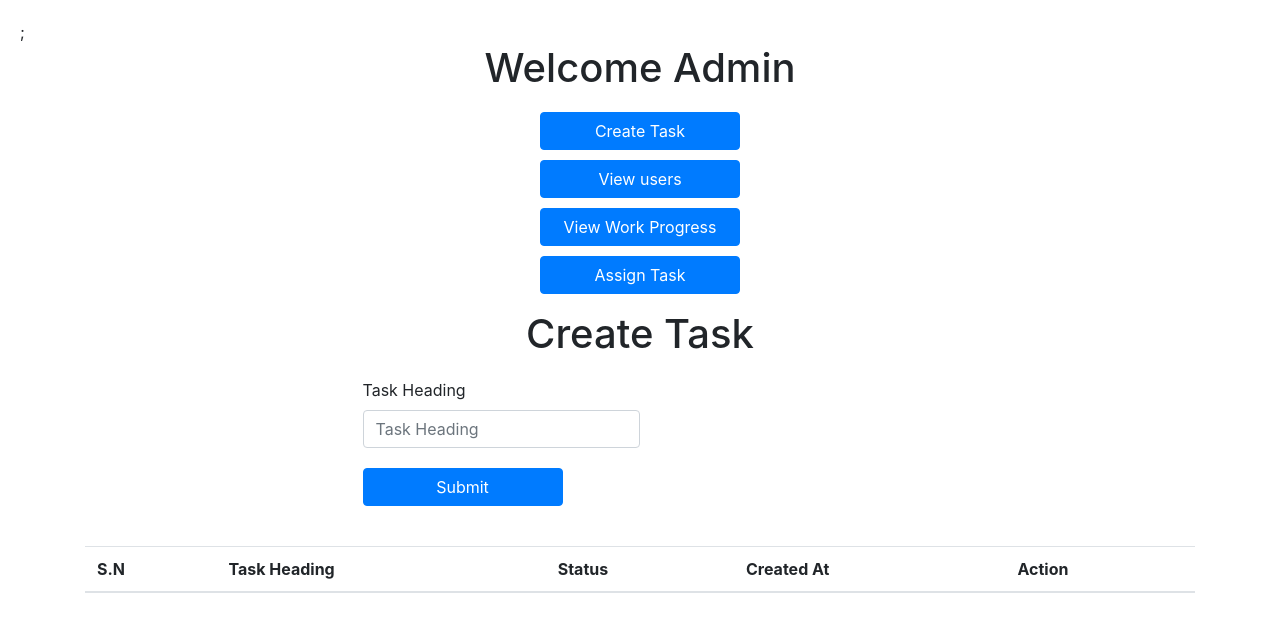
Repository: neha-rouniyar/taskmgmt
Page: http://localhost/admin/create-task
These files come from the project's save history. The page is drawn as it stood at one moment and after the next save; the edit follows.
The browser window is 1280 px wide. The pictures show the whole page.
Some web libraries are served in a nearby version. The page is served by the project's Laravel application, run on PHP 8.4 with Laravel 10. Other server files are loaded and not shown. Queries for data that is not in the repository find no rows.

Above is the page before, as saved 2023-12-16 11:54:45.

### routes/web.php
<?php

use App\Http\Controllers\AdminController;
use App\Http\Controllers\AssignTaskController;
use Illuminate\Support\Facades\Route;
use App\Http\Controllers\LoginController;
use App\Models\AssignTask;

/*
|--------------------------------------------------------------------------
| Web Routes
|--------------------------------------------------------------------------
|
| Here is where you can register web routes for your application. These
| routes are loaded by the RouteServiceProvider and all of them will
| be assigned to the "web" middleware group. Make something great!
|
*/

Route::get('/', function () {
    return view('welcome');
});
Route::get('/login-form',[LoginController::class,'index'])->name('login.form');
Route::post('/login-form-submit',[LoginController::class,'loginFormSubmit'])->name('login.form.submit');




Route::get('/register-form',[LoginController::class,'index2'])->name('register.form');
Route::post('/register-form-submit',[LoginController::class,'registerFormSubmit'])->name('register.form.submit');


//user dashboard
Route::get('/user-dashboard',[LoginController::class,'userDashboard'])->name('user.dashboard');
Route::get('/admin-dashboard',[LoginController::class,'adminDashboard'])->name('admin.dashboard');


//admin
Route::get('/admin/view-users',[AdminController::class,'viewUsers'])->name('admin.view.users');
Route::get('/admin/create-task',[AdminController::class,'createTask'])->name('admin.create.task');
Route::get('/admin/view-work-progress',[AdminController::class,'viewWorkProgress'])->name('admin.view.workprogress');

//admin-task
Route::post('/admin/task-submit',[AdminController::class,'taskSubmit'])->name('admin.task.submit');
Route::get('/admin/edit-task/{id}',[AdminController::class,'taskEdit'])->name('task.edit');
Route::post('/admin/update-task/{id}',[AdminController::class,'taskUpdate'])->name('task.update');
Route::get('/admin/delete-task/{id}',[AdminController::class,'taskDelete'])->name('task.delete');
Route::get('/admin/task-assign',[AdminController::class,'taskAssign'])->name('admin.task.assign');
Route::post('/admin/task-assign-submit',[AdminController::class,'taskAssignSubmit'])->name('admin.task.assign.submit');




//user-task
Route::get('/user-view-assgned-task',[AssignTaskController::class,'viewTaskAssigned'])->name('user.view.assigned.task');
Route::get('/verify-email/{token}',[AdminController::class,'verifyEmail'])->name('verify.email');


Route::get('/user/accept-task/{id}',[AssignTaskController::class,'acceptTask'])->name('accept.task');
Route::get('/user/reject-task/{id}',[AssignTaskController::class,'rejectTask'])->name('reject.task');
Route::get('/user/task-complete/{id}',[AssignTaskController::class,'completeTask'])->name('task.complete');

### app/Http/Controllers/AdminController.php
<?php

namespace App\Http\Controllers;

use App\Models\AssignTask;
use App\Models\EmailVerification;
use App\Models\Task;
use App\Models\User;
use Carbon\Carbon;
use Illuminate\Http\Request;

class AdminController extends Controller
{
    public function viewUsers()
    {
        $users=User::all()->where('usertype','regular');
        // dd($users);
        return view('admin.viewUsers',compact('users'));
    }
    public function createTask()
    {
        $tasks=Task::all();
        return view('admin.task.create',compact('tasks'));
    }
    public function viewWorkProgress()
    {
        return view('admin.task.workprogress');
    }
    public function taskSubmit(Request $request)
    {
        $data=$request->validate([
            'heading'=>'required'
        ]);
        $task=new Task();
        $task->task_heading=$data['heading'];
        $task->save();
        return back()->with('success','Task Created Successfully');
    }
    public function taskEdit(Request $request)
    {
        $data=Task::find($request->id);
        return view('admin.task.edit',compact('data'));
    }
    public function taskUpdate(Request $request)
    {
        $rule=$request->validate([
            'heading'=>'required'
        ]);
        $data=Task::find($request->id);
        $data->task_heading=$rule['heading'];
        $data->save();
        return redirect()->route('admin.create.task')->with('update','Task Updated Successfully');
    }
    public function taskDelete(Request $request)
    {
        $data=Task::find($request->id);
        $data->status=1;
        $data->save();
        return back()->with('delete','Task Deleted Successfully');

    }
    public function taskAssign()
    {
        $task=Task::all()->where('status',0);
        $users=User::all()->where('usertype','regular');
        return view('admin.task.assign',compact('users','task'));
    }
    public function taskAssignSubmit(Request $request)
    {
        $taskAssign=new AssignTask();
        $taskAssign->task_id=$request->task;
        $taskAssign->user_id=$request->user;
        $taskAssign->save();
        return back()->with('message','Task Assigned to user... Waiting to be verified');
    }
    public function verifyEmail(Request $request,$id)
    {
        $token=$request->token;
        $userData=User::where('token',$token)->first();
        $emailVerificationData=EmailVerification::where('token',$token)->first();
        $time=Carbon::now();
        $currentTime=$time->toDateTimeString();
        if($userData->token == $emailVerificationData->token){
            if($emailVerificationData->expiry_at > $currentTime)
            {
                $userId=$userData->id;
                $userData=User::find($userId);
                $userData->status=1;
                $userData->save();
                return redirect('/login-form')->with('msgs','Please login to continue');
            }else{
                return redirect()->route('register.form')->with('linkExpiry','Your Link to email verification failed. Please Register Again');
            }
        }
    }
    // php artisan serve --port=443 --to run in https port
}

### app/Models/Task.php
<?php

namespace App\Models;

use Illuminate\Database\Eloquent\Factories\HasFactory;
use Illuminate\Database\Eloquent\Model;

class Task extends Model
{
    use HasFactory;
    public function assignedTask()
    {
        return $this->hasMany(AssignTask::class,'task_id','id');
    }

}

### resources/views/admin/task/create.blade.php
@extends('admin.dashboard');
@section('admin-content')
<style>
  .form-group {
      margin-bottom: 20px;
  }

  .custom-select {
      width: 50%;
      box-sizing: border-box;
      border: 1px solid #ccc;
      border-radius: 4px;
      appearance: none;
      background-color: #fff;
      cursor: pointer;
  }



  .custom-select:focus + .custom-dropdown-arrow {
      transform: translateY(-50%) rotate(-45deg);
  }

  /* Style for the dropdown options */
  .custom-select option {
      padding: 10px;
  }

  /* Adjustments for centering */
  .container {
      display: flex;
      flex-direction: column;
      align-items: center;
  }

  h1 {
      margin-bottom: 20px;
  }

  form {
      width: 50%; /* Adjust the width as needed */
  }
</style>
<div class="container">
    <h1>Create Task</h1>
    @if (session('success'))
    <div class="alert alert-success alert-dismissible fade show" role="alert">
        <p style="color: rgb(11, 130, 43)8, 28, 0)">{{session('success')}}</p>
        <button type="button" class="close" data-dismiss="alert" aria-label="Close">
          <span aria-hidden="true">&times;</span>
        </button>
      </div>

    @endif
    @if (session('update'))
    <div class="alert alert-success alert-dismissible fade show" role="alert">
        <p style="color: rgb(0, 128, 30)8, 28, 0)">{{session('update')}}</p>
        <button type="button" class="close" data-dismiss="alert" aria-label="Close">
          <span aria-hidden="true">&times;</span>
        </button>
      </div>

    @endif
    @if (session('delete'))
    <div class="alert alert-success alert-dismissible fade show" role="alert">
        <p style="color: rgb(0, 128, 30)8, 28, 0)">{{session('delete')}}</p>
        <button type="button" class="close" data-dismiss="alert" aria-label="Close">
          <span aria-hidden="true">&times;</span>
        </button>
      </div>

    @endif
<form action="{{route('admin.task.submit')}}" method="POST">
    @csrf
      <div class="form-group">
        <label for="exampleInputEmail1">Task Heading</label>
        <input style="width: 50%" type="text" name="heading" class="form-control" id="exampleInputEmail1" aria-describedby="emailHelp" placeholder="Task Heading" required>
      </div>
      <button type="submit" class="btn btn-primary">Submit</button>
    </form>
    <table class="table mt-4">
        <thead>
          <tr>
            <th scope="col">S.N</th>
            <th scope="col">Task Heading</th>
            <th scope="col">Status</th>
            <th scope="col">Created At</th>
            <th scope="col">Action</th>
          </tr>
        </thead>
        <tbody>
            @php
                $i=1;
            @endphp
            @foreach ($tasks as $data )
            @if ($data->status==0)
          <tr>
            <th>{{$i++}}</th>
            <td>{{$data->task_heading}}</td>
            <td>{{$data->status}}</td>
            <td>{{$data->created_at}}</td>
            <td>
                <a href="{{route('task.edit',$data->id)}}"><button style="width: 20%" type="button" class="btn btn-primary">Edit</button></a>
                <a href="{{route('task.delete',$data->id)}}"><button style="width: 30%" type="button" class="btn btn-danger">Delete</button></a>
            </td>
          </tr>
          @endif
          @endforeach
        </tbody>
      </table>
</div>
@endsection

### resources/views/admin/dashboard.blade.php
<!doctype html>
<html lang="en">
  <head>
    <!-- Required meta tags -->
    <meta charset="utf-8">
    <meta name="viewport" content="width=device-width, initial-scale=1, shrink-to-fit=no">

    <!-- Bootstrap CSS -->
    <link rel="stylesheet" href="https://cdn.jsdelivr.net/npm/bootstrap@4.0.0/dist/css/bootstrap.min.css" integrity="sha384-Gn5384xqQ1aoWXA+058RXPxPg6fy4IWvTNh0E263XmFcJlSAwiGgFAW/dAiS6JXm" crossorigin="anonymous">
    <style>
      body {
          padding: 20px;
      }

      h1 {
          margin-bottom: 20px;
      }

      .btn-container {
          display: flex;
          flex-direction: column;
          gap: 10px;
      }

      .btn-container a {
          text-decoration: none;
      }

      .btn {
          width: 200px;
      }
  </style>
    <title>Hello, world!</title>
  </head>
  <body>
    <div class="container text-center">
        <h1>Welcome Admin</h1>
        <div class="btn-container">

                <button type="button" class="btn btn-primary" data-toggle="modal" data-target="#exampleModal">Create Task</button>
            <a href="{{route('admin.view.users')}}">
                <button type="button" class="btn btn-primary">View users</button>
            </a>
            <a href="{{route('admin.view.workprogress')}}">
                <button type="button" class="btn btn-primary">View Work Progress</button>
            </a>
            <a href="{{route('admin.task.assign')}}">
                <button type="button" class="btn btn-primary">Assign Task</button>
            </a>
        </div>
    </div>
    <form action="{{route('admin.create.task')}}" method="POST">
        @csrf
    <div class="modal fade" id="exampleModal" tabindex="-1" role="dialog" aria-labelledby="exampleModalLabel" aria-hidden="true">
        <div class="modal-dialog" role="document">
          <div class="modal-content">
            <div class="modal-header">
              <h5 class="modal-title" id="exampleModalLabel">Modal title</h5>
              <button type="button" class="close" data-dismiss="modal" aria-label="Close">
                <span aria-hidden="true">&times;</span>
              </button>
            </div>
            <div class="modal-body">
              ...
            </div>
            <div class="modal-footer">
              <button type="button" class="btn btn-secondary" data-dismiss="modal">Close</button>
              <button type="button" class="btn btn-primary">Save changes</button>
            </div>
          </div>
        </div>
      </div>
    </form>
    @yield('admin-content')
    <script src="https://code.jquery.com/jquery-3.2.1.slim.min.js" integrity="sha384-KJ3o2DKtIkvYIK3UENzmM7KCkRr/rE9/Qpg6aAZGJwFDMVNA/GpGFF93hXpG5KkN" crossorigin="anonymous"></script>
    <script src="https://cdn.jsdelivr.net/npm/popper.js@1.12.9/dist/umd/popper.min.js" integrity="sha384-ApNbgh9B+Y1QKtv3Rn7W3mgPxhU9K/ScQsAP7hUibX39j7fakFPskvXusvfa0b4Q" crossorigin="anonymous"></script>
    <script src="https://cdn.jsdelivr.net/npm/bootstrap@4.0.0/dist/js/bootstrap.min.js" integrity="sha384-JZR6Spejh4U02d8jOt6vLEHfe/JQGiRRSQQxSfFWpi1MquVdAyjUar5+76PVCmYl" crossorigin="anonymous"></script>
</body>
</html>

Loaded but not shown: app/Http/Controllers/Controller.php (common file)

After the next save:
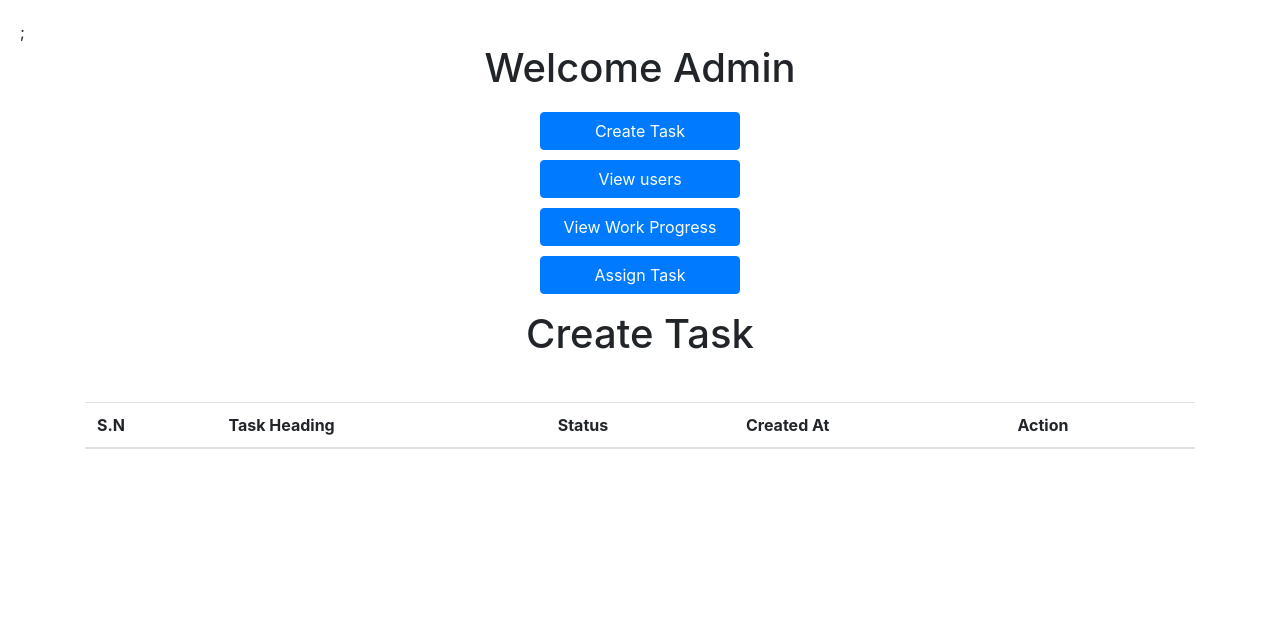
Saved 53 s later.
--- a/resources/views/admin/task/create.blade.php
+++ b/resources/views/admin/task/create.blade.php
@@ -70,14 +70,7 @@
       </div>
 
     @endif
-<form action="{{route('admin.task.submit')}}" method="POST">
-    @csrf
-      <div class="form-group">
-        <label for="exampleInputEmail1">Task Heading</label>
-        <input style="width: 50%" type="text" name="heading" class="form-control" id="exampleInputEmail1" aria-describedby="emailHelp" placeholder="Task Heading" required>
-      </div>
-      <button type="submit" class="btn btn-primary">Submit</button>
-    </form>
+
     <table class="table mt-4">
         <thead>
           <tr>
